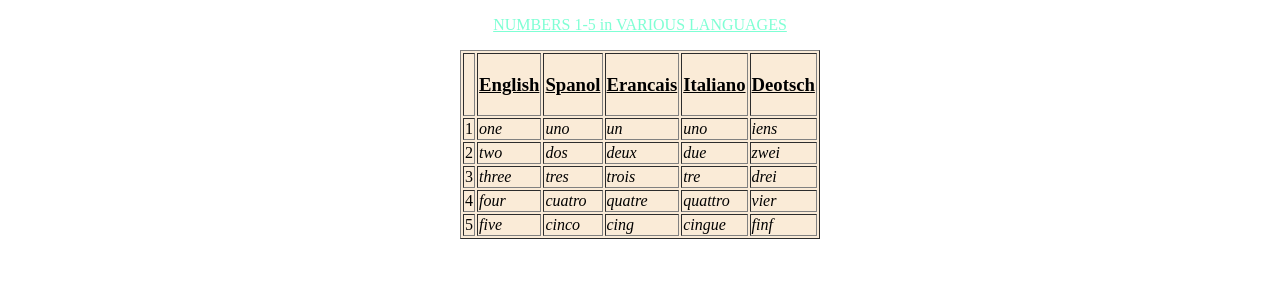
Repository: PhamChiXuan1/HTCNW_tuan3_DHCNTT16C_PhamChiXuan_20030131
Page: bt6c.html
These files come from the project's save history. The page is drawn as it stood at one moment and after the next save; the edit follows.
The browser window is 1280 px wide. The pictures show the whole page.

Above is the page before, as saved 2022-02-26 23:21:26.

After the next save:
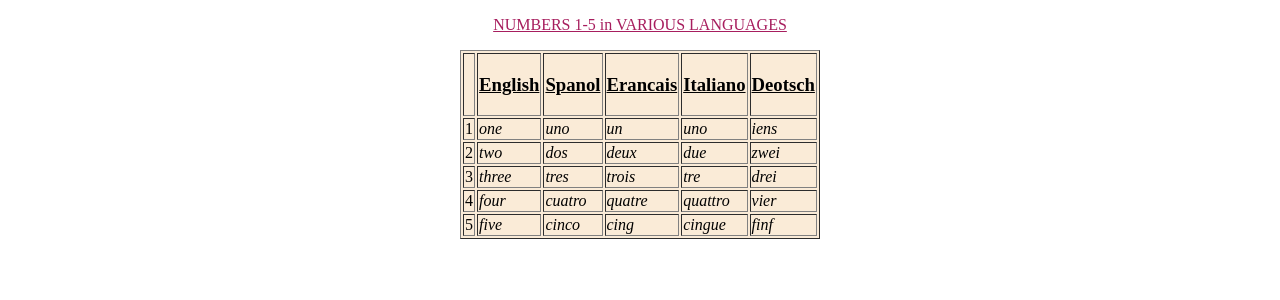
Saved 12 s later.
--- a/bt6c.html
+++ b/bt6c.html
@@ -9,7 +9,7 @@
 <body>
     <center>
         <table border="1" width="50px" height="40" style="background-color: antiquewhite;">
-            <P><U style="color: aquamarine;">NUMBERS 1-5 in VARIOUS LANGUAGES</U></P>
+            <P><U style="color: rgb(167, 30, 94);">NUMBERS 1-5 in VARIOUS LANGUAGES</U></P>
             <tr>
                 <td></td>
                 <td><H3><U>English</U></H3></td>
